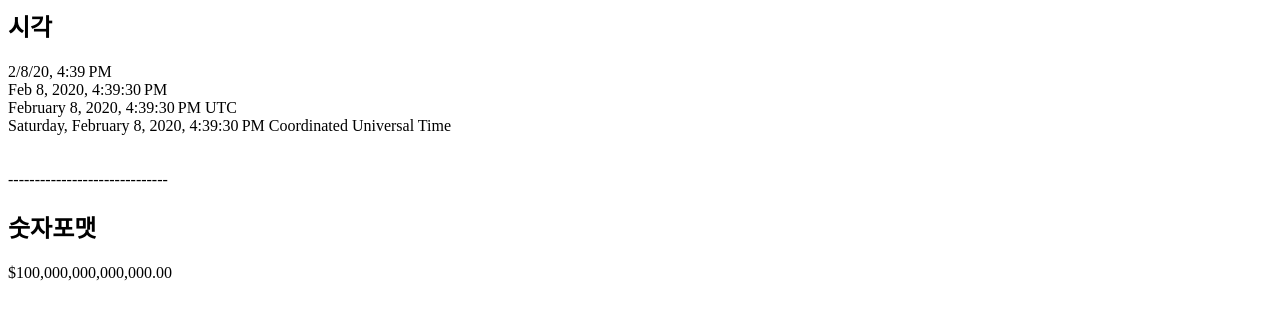
Repository: yejin-yun/server_script_game
Page: http://localhost/JstlPro/format.jsp
These files come from the project's save history. The page is drawn as it stood at one moment and after the next save; the edit follows.
The browser window is 1280 px wide. The pictures show the whole page.
The page is served by Tomcat 9.

Above is the page before, as saved 2020-02-09 07:45:20.

After the next save:
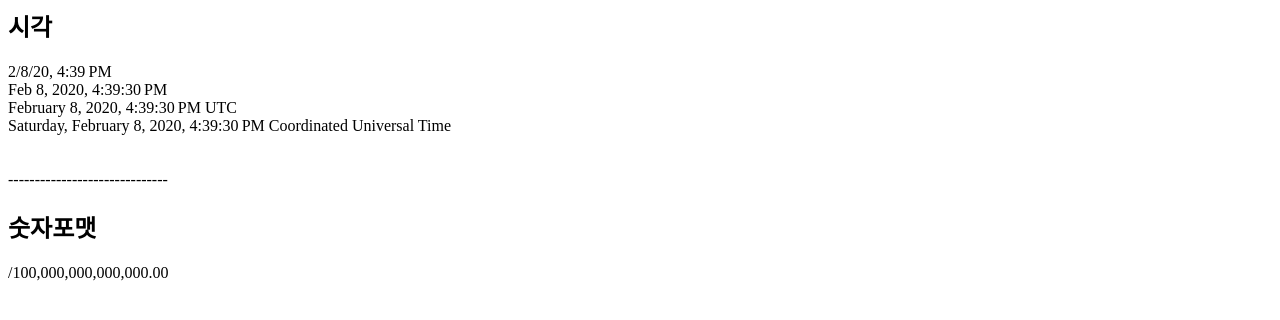
Saved 36 s later.
--- a/Servlet_JSP/JstlPro/WebContent/format.jsp
+++ b/Servlet_JSP/JstlPro/WebContent/format.jsp
@@ -20,6 +20,6 @@
 ------------------------------
 <br>
 <h2>숫자포맷</h2>
-<fmt:formatNumber value="100000000000000" type="currency"></fmt:formatNumber>
+<fmt:formatNumber value="100000000000000" type="currency" currencySymbol="/" />
 </body>
 </html>

After the 2 saves that followed:
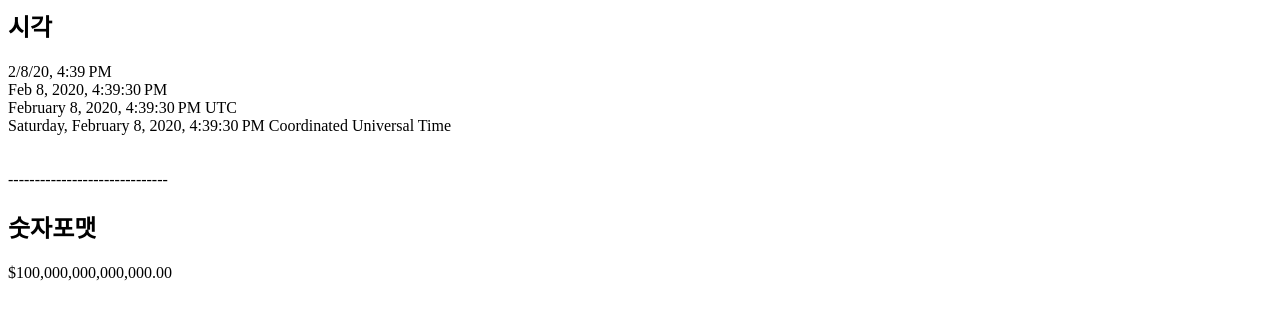
The 2 saves are shown as one change because 1 did not build or start.
The last was saved 28 s later.
--- a/Servlet_JSP/JstlPro/WebContent/format.jsp
+++ b/Servlet_JSP/JstlPro/WebContent/format.jsp
@@ -20,6 +20,6 @@
 ------------------------------
 <br>
 <h2>숫자포맷</h2>
-<fmt:formatNumber value="100000000000000" type="currency" currencySymbol="/" />
+<fmt:formatNumber value="100000000000000" type="currency" currencySymbol="$" />
 </body>
 </html>
